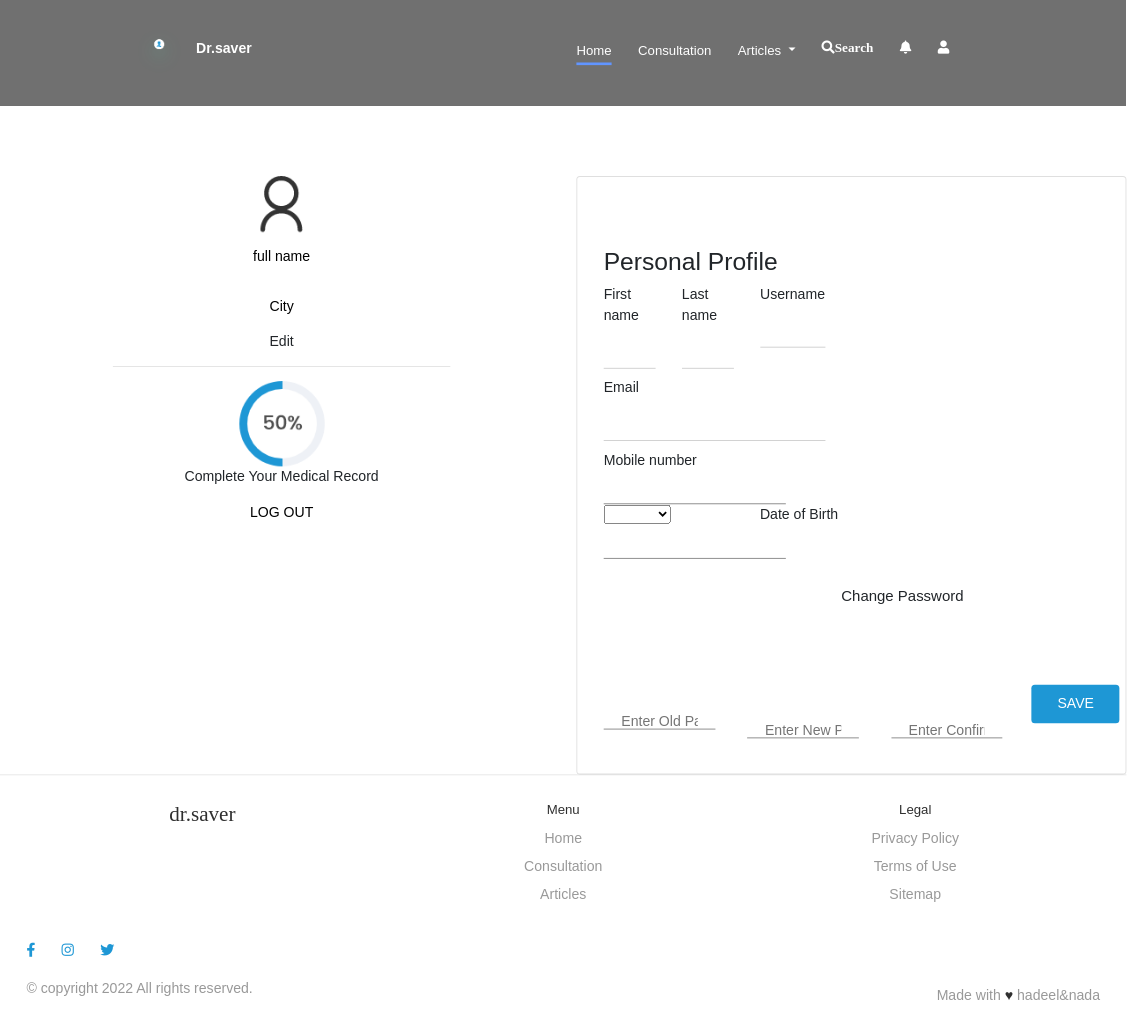
Repository: nsra/hadeel_doctor_system
Page: patient/Pprofile.html
These files come from the project's save history. The page is drawn as it stood at one moment and after a run of saves; the edit follows.
The browser window is 1280 px wide. The page is 1295 px wide, so the pictures cover 1295 px, including what lies to the right of the window. The pictures show the whole page, at 88% of full size.
Some web fonts or font styles are not loaded; a fallback is used. Some web libraries are served in a nearby version.

Above is the page before, as saved 2022-03-25 15:06:02.

After the next 2 saves:
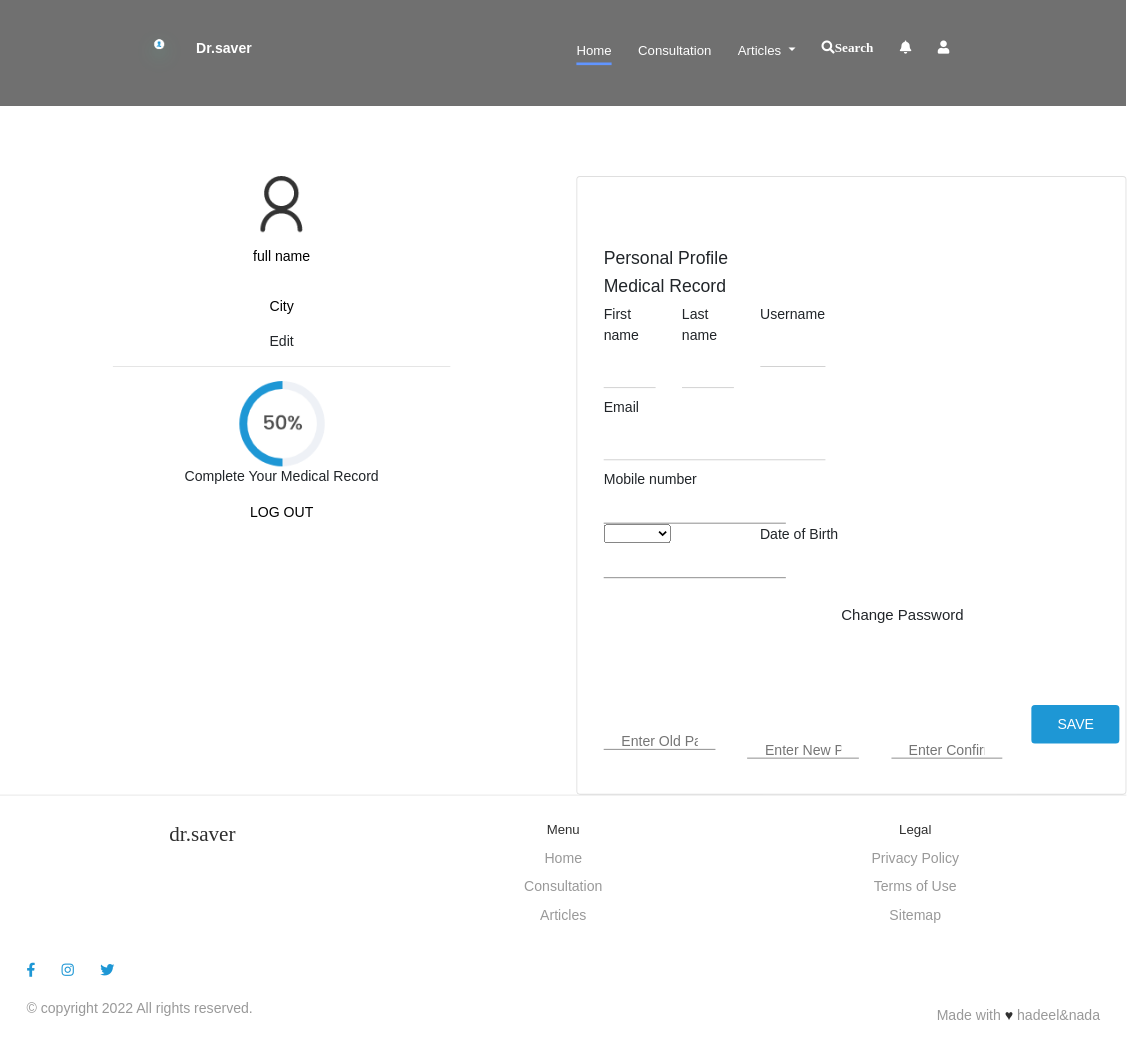
The 2 saves are shown as one change because they came seconds apart.
The last was saved 15 s later.
--- a/patient/Pprofile.html
+++ b/patient/Pprofile.html
@@ -94,8 +94,8 @@
                     <div class="card-content">
                         <form id="example-form" method="post" name="updatemp">
                             <div>
-                                <h3>Personal Profile</h3>
-                                <h5></h5>
+                                <h5>Personal Profile</h5>
+                                <h5>Medical Record</h5>
                                 <section>
                                     <div class="wizard-content">
                                         <div class="row">
